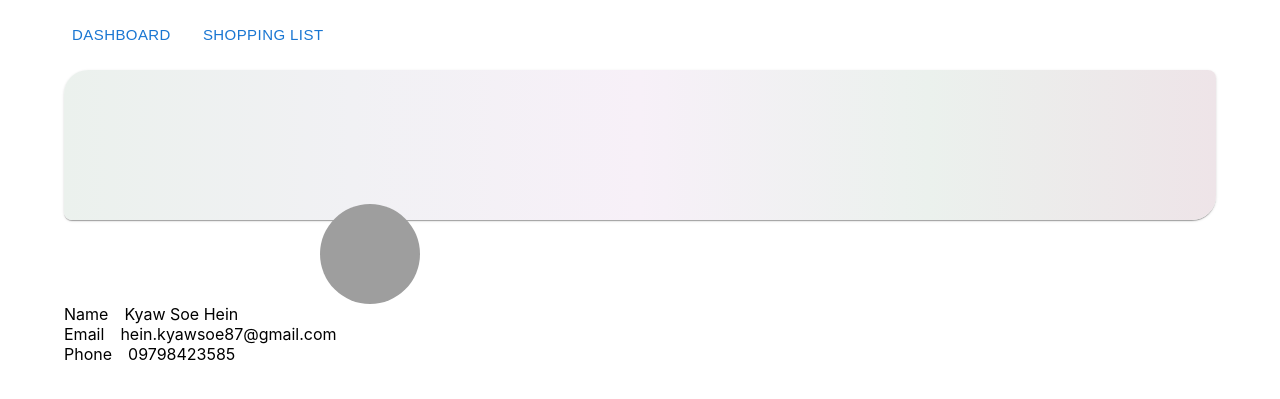
Repository: KyawSoeHein/GoogleAuthReact
Page: /
An editor plug-in stored every save of this project. The page is shown before and after a run of saves, followed by the edit.
The browser window is 1280 px wide. The pictures show the whole page.
Pictures or frames that could not be fetched are drawn as grey boxes. The project was rebuilt for these pictures with package versions that can differ from the ones it lists, and the page was loaded fresh each time. Also part of the build but not shown: src/App.css.

Above is the page before, as saved 2022-02-14 19:33:39.

After the next 2 saves:
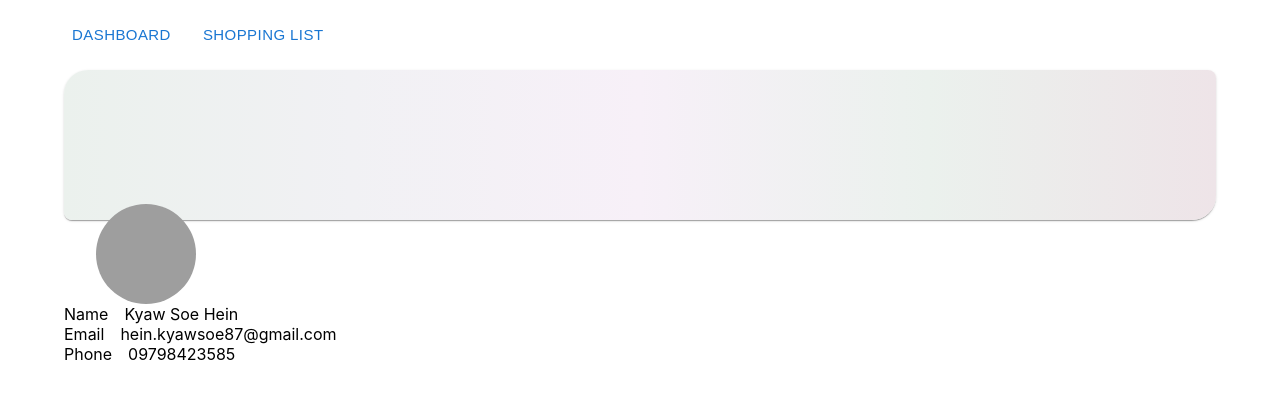
The 2 saves are shown as one change because they came seconds apart.
The last was saved 6 s later.
--- a/src/Components/CoverAndProfilePhoto.tsx
+++ b/src/Components/CoverAndProfilePhoto.tsx
@@ -21,7 +21,7 @@ const CoverAndProfilePhoto = () => {
       <Avatar
         alt="Remy Sharp"
         src="/static/images/avatar/1.jpg"
-        sx={{ width: 100, height: 100, marginTop: -2, marginLeft: 32 }}
+        sx={{ width: 100, height: 100, marginTop: -2, marginLeft: 4 }}
       />
     </div>
   );
